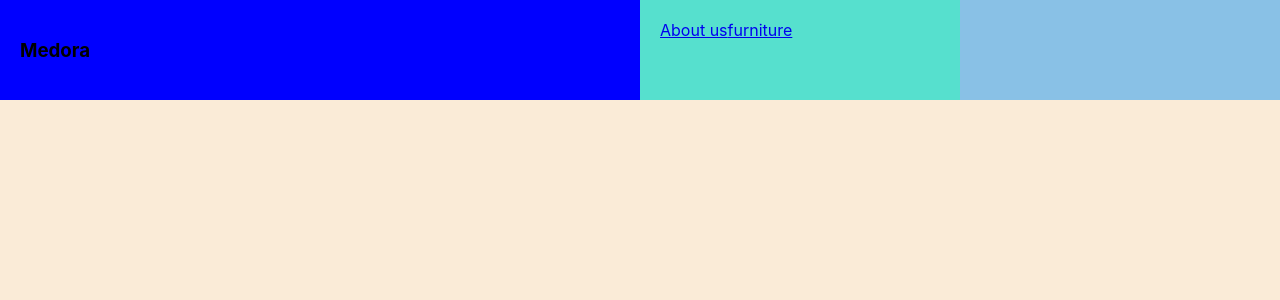
Repository: SbuKhoza/medora
Page: /
The author's editor kept a copy of each file at every save. The page is drawn from the files as they stood at one save, then again after a run of saves.
The browser window is 1280 px wide. The pictures show the whole page.
The project was rebuilt for these pictures with package versions that can differ from the ones it lists, and the page was loaded fresh each time.

Above is the page before, as saved 2024-07-09 13:54:54.

After the next 4 saves:
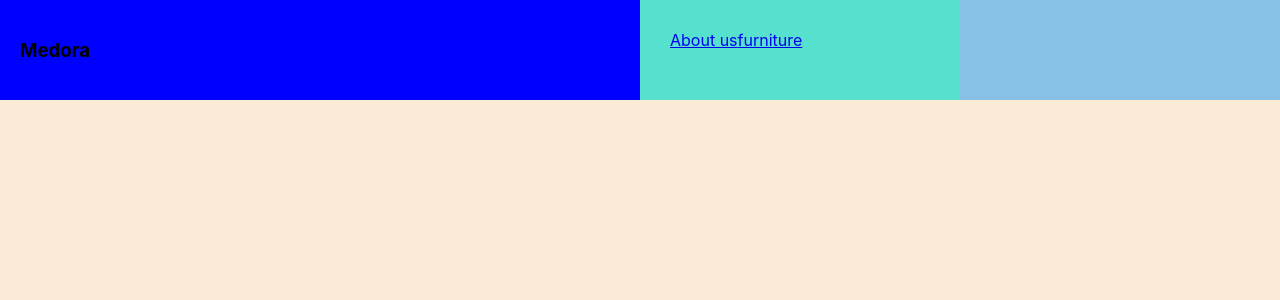
The 4 saves are shown as one change because they came seconds apart.
The last was saved 11 s later.
--- a/src/App.css
+++ b/src/App.css
@@ -38,5 +38,5 @@ body {
 .menucenter {
   display: flex;
   justify-content: center;
-  padding: 20px 20px;
+  padding: 30px;
 }
